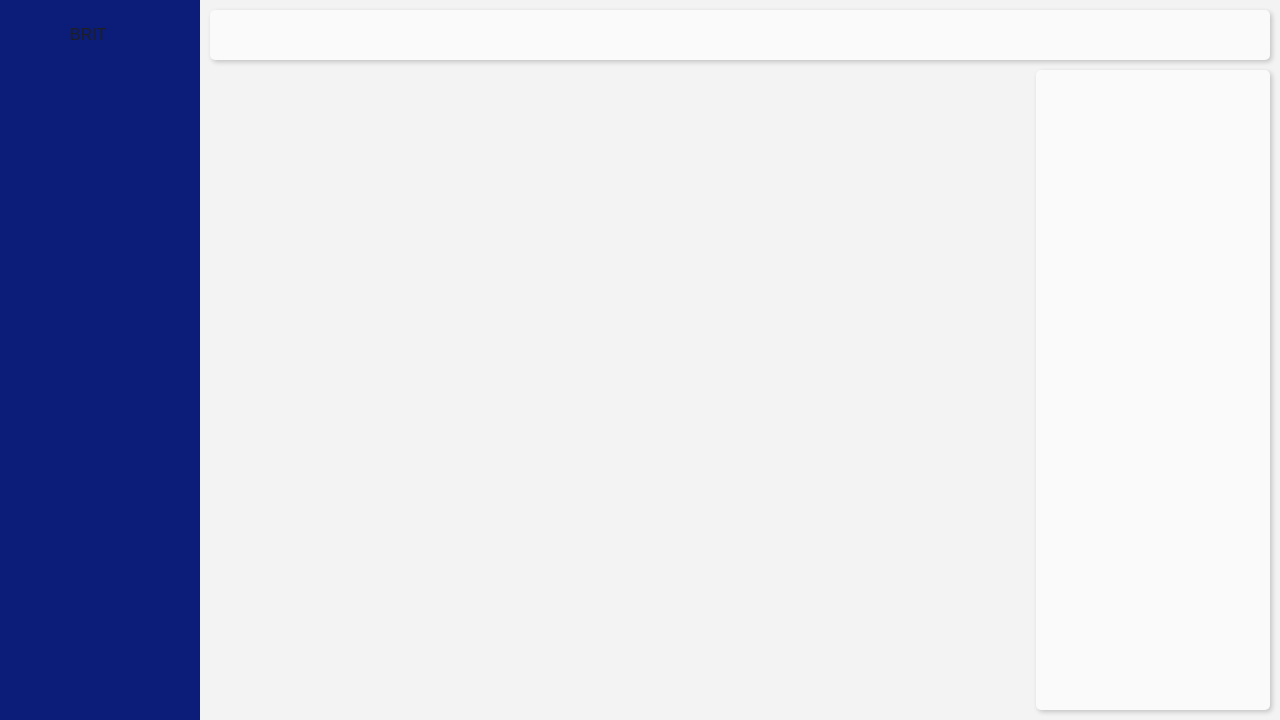
Repository: poya0a/chit_chat
Page: /
An editor plug-in stored every save of this project. The page is shown before and after the next save, followed by the edit.
The browser window is 1280 px wide. The pictures show the whole page.
Some web fonts or font styles are not loaded; a fallback is used. The project was rebuilt for these pictures with package versions that can differ from the ones it lists, and the page was loaded fresh each time. Also part of the build but not shown: craco.config.js.

Above is the page before, as saved 2024-01-12 16:19:02.

After the next save:
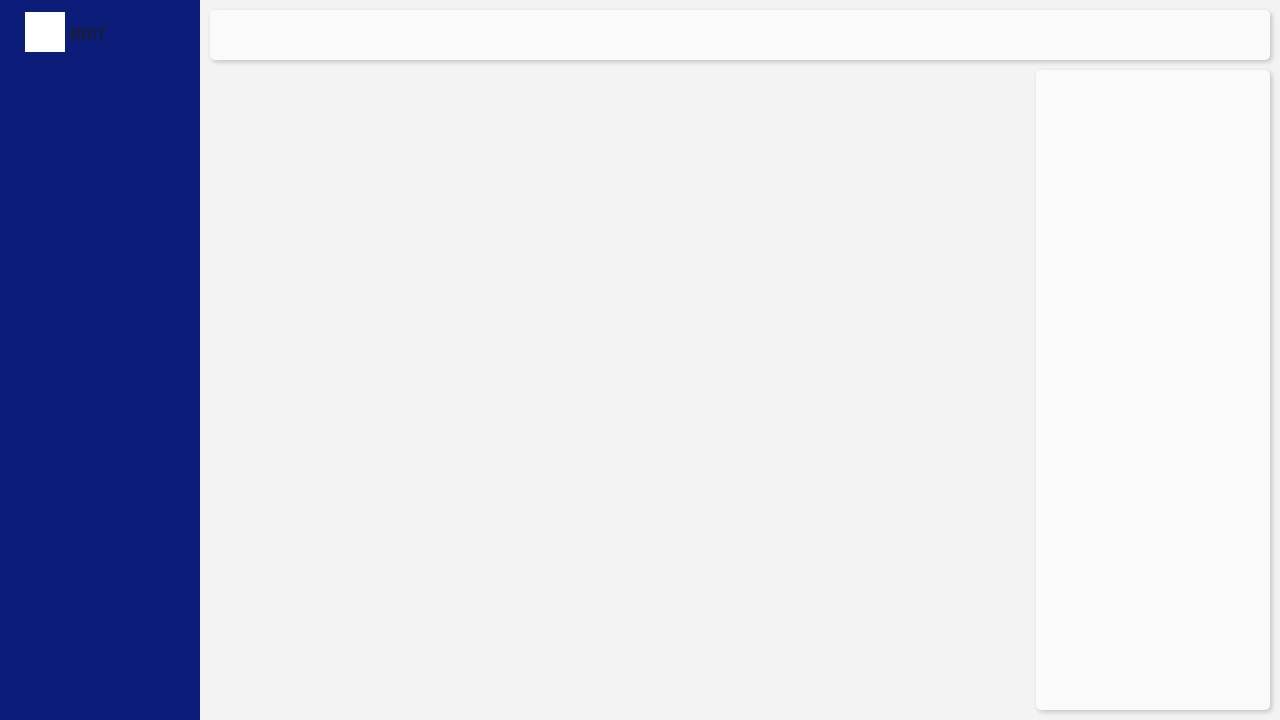
Saved 12 s later.
--- a/src/assets/styles/layouts/menu.scss
+++ b/src/assets/styles/layouts/menu.scss
@@ -14,7 +14,7 @@
                 width: 40px;
                 height: 40px;
                 // display: inline-block;
-                color: $color_white;
+                background-color: $color_white;
             }
         }
         .workSpace {

After the save that followed:
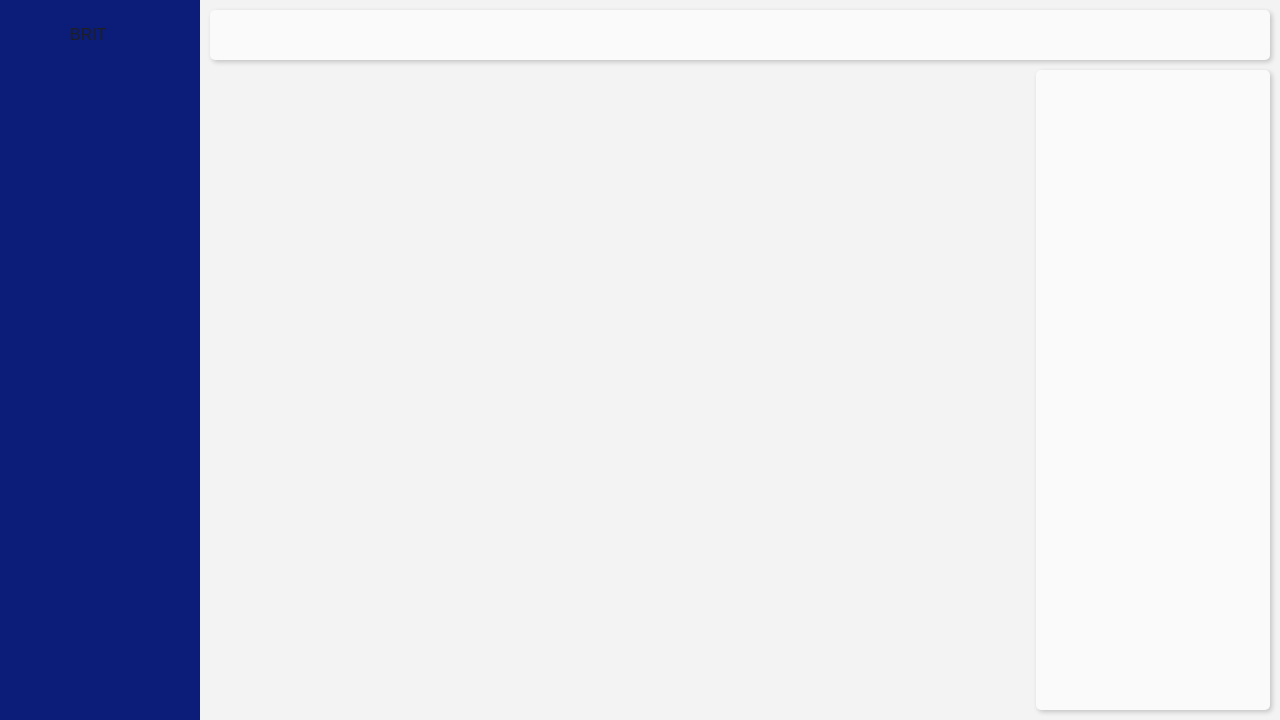
Saved 5 s later.
--- a/src/assets/styles/layouts/menu.scss
+++ b/src/assets/styles/layouts/menu.scss
@@ -14,7 +14,7 @@
                 width: 40px;
                 height: 40px;
                 // display: inline-block;
-                background-color: $color_white;
+                color: $color_white;
             }
         }
         .workSpace {
